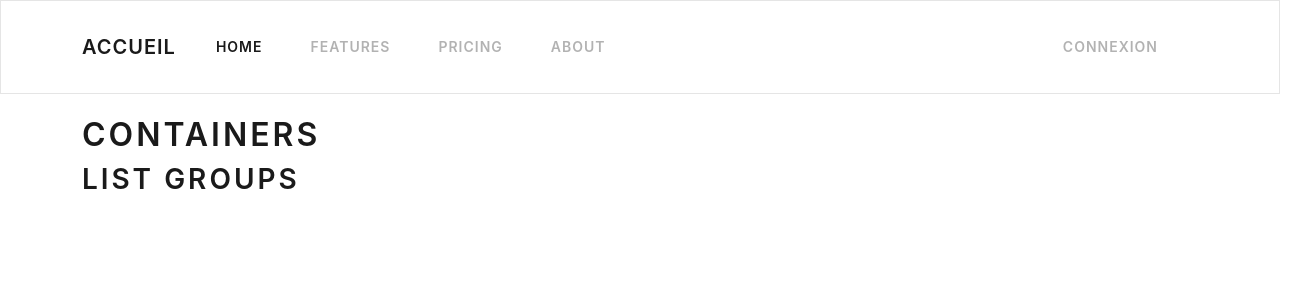
Repository: cahitYes/PDO
Page: http://localhost/?connect
These files come from the project's save history. The page is drawn as it stood at one moment and after the next save; the edit follows.
The browser window is 1280 px wide. The page is 1292 px wide, then 1280 px, so the pictures cover 1292 px, including what lies to the right of the window. The pictures show the whole page.
Some web fonts or font styles are not loaded; a fallback is used. The page is run by PHP 8.4 with error messages shown; the project is at /var/www/html/.

Above is the page before, as saved 2022-02-15 13:57:23.

After the next save:
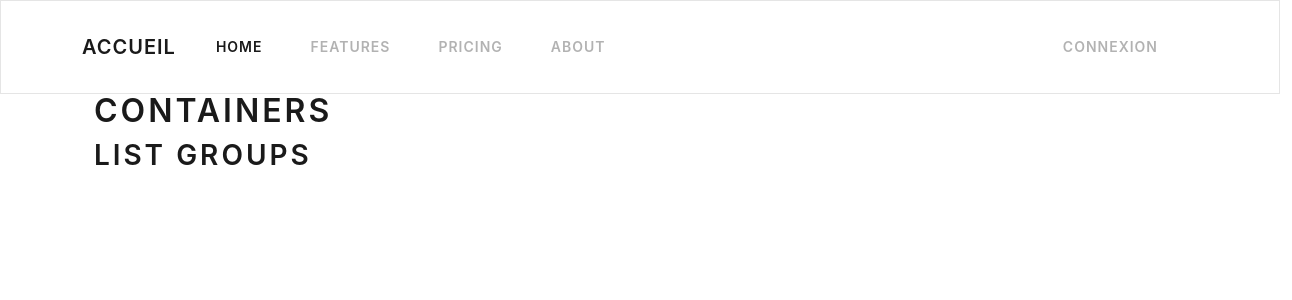
Saved 17 min 41 s later.
--- a/pdo_1/exemple2/view/publicView/publicHomepageView.php
+++ b/pdo_1/exemple2/view/publicView/publicHomepageView.php
@@ -38,7 +38,7 @@
     </div>
   </div>
 
-  <iv class="container">
+  <div class="container">
     <div class="page-header" id="banner">
       <div class="row">
         <div class="col-lg-8 col-md-7 col-sm-6">
